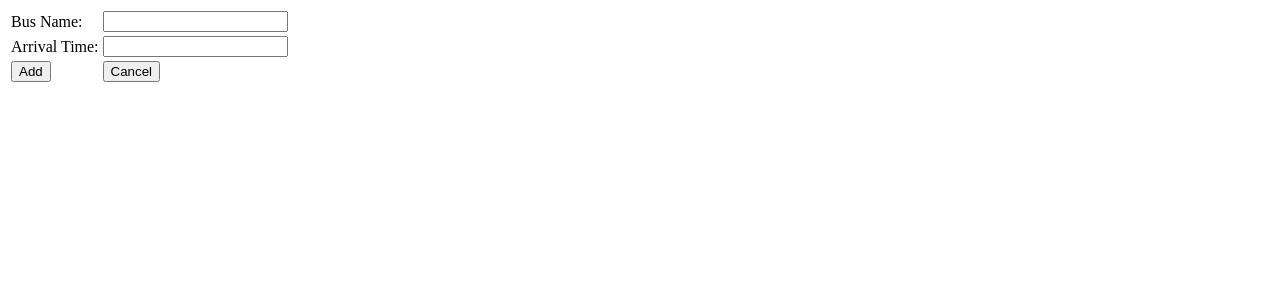
Repository: akhileshrane/ZensarJava
Page: http://localhost/CaseStudy/addBus.jsp
An editor plug-in stored every save of this project. The page is shown before and after the next save, followed by the edit.
The browser window is 1280 px wide. The pictures show the whole page.
The page is served by Tomcat 9.

Above is the page before, as saved 2017-06-29 05:42:47.

After the next save:
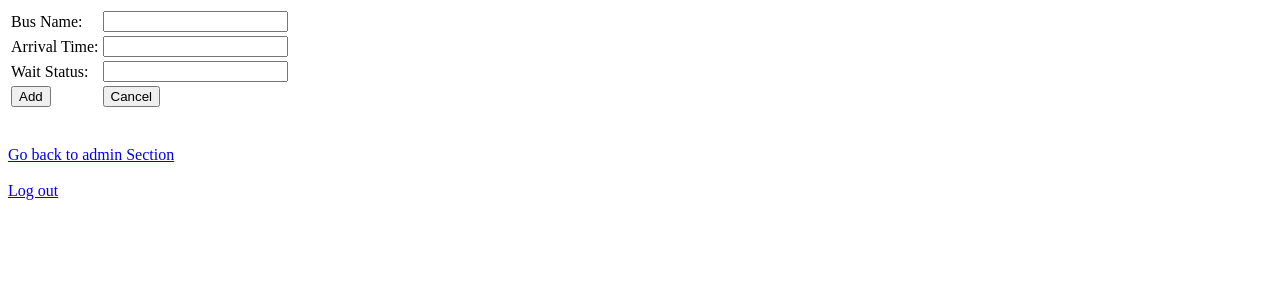
Saved 76 s later.
--- a/CaseStudy/WebContent/addBus.jsp
+++ b/CaseStudy/WebContent/addBus.jsp
@@ -7,7 +7,7 @@
 <title>Add a new Bus:</title>
 </head>
 <body>
-<form name="addStudentForm" action="addition.jsp">
+<form name="addBusForm" action="addingBus.jsp">
 <table>
 	<tr>
 		<td>Bus Name: </td>
@@ -19,11 +19,17 @@
 		<td><input type="text" name="arrivalTime"/></td>
 	</tr>
 	<tr>
+		<td>Wait Status:</td>
+		<td><input type="text" name="waitStatus"/></td>
+	</tr>
 		<td><input type="submit" value="Add" /></td>
 		<td><input type="reset" value="Cancel" /></td>
 	</tr>
 </table>
 <br><br>
 </form>
+<a href="managerSection.jsp">Go back to admin Section</a>
+<br><br>
+<a href="index.jsp">Log out</a>
 </body>
 </html>
